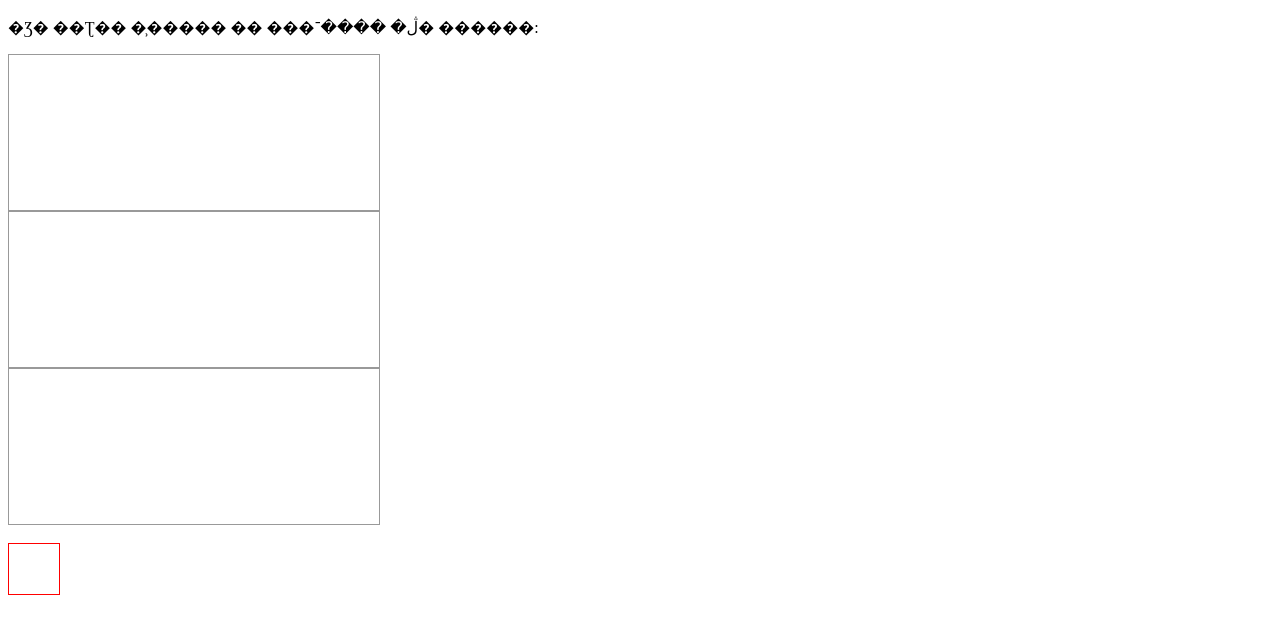
Repository: faqwer/khfinal
Page: http://localhost/finaltp/test2.jsp
An editor plug-in stored every save of this project. The page is shown before and after a run of saves, followed by the edit.
The browser window is 1280 px wide. The pictures show the whole page.
The page is served by Tomcat 9.

Above is the page before, as saved 2017-12-12 10:06:34.

After the next 2 saves:
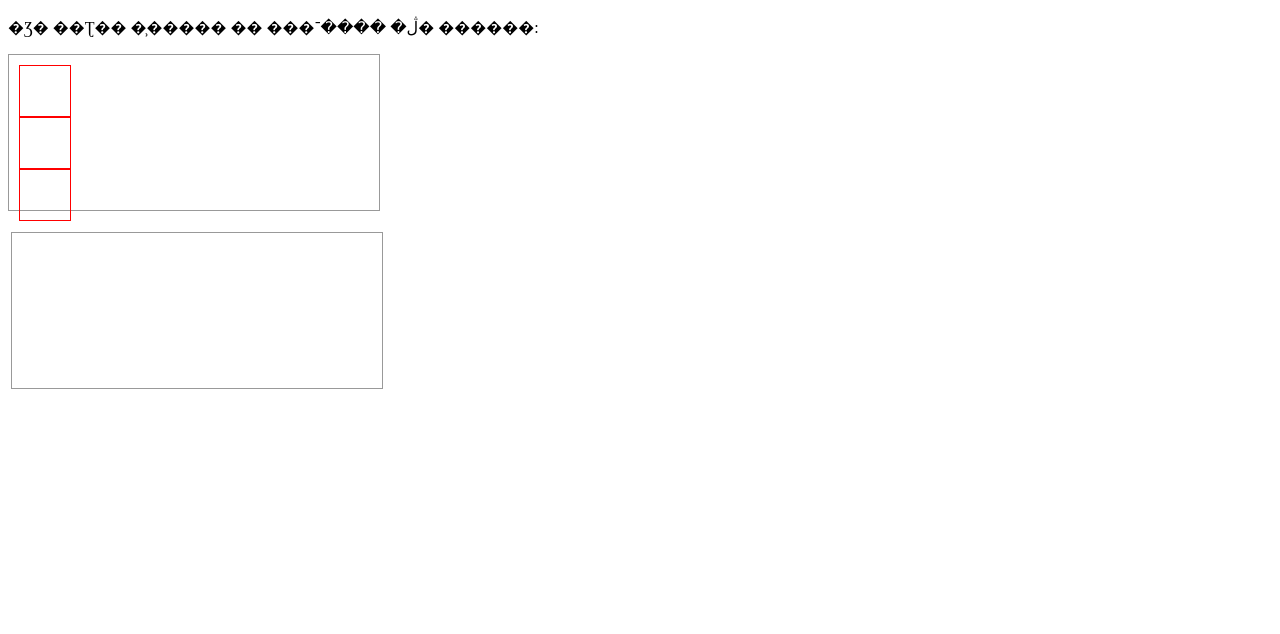
The 2 saves are shown as one change because they came seconds apart.
The last was saved 5 min 57 s later.
--- a/finaltp/finaltp/src/main/webapp/test2.jsp
+++ b/finaltp/finaltp/src/main/webapp/test2.jsp
@@ -27,11 +27,21 @@ function drop(ev) {
 
 <p>�Ʒ� ��Ʈ�� �̹����� �� ���ڷ� ����־� ������:</p>
 
-<div id="div1" ondrop="drop(event)" ondragover="allowDrop(event)"></div>
-<div id="div1" ondrop="drop(event)" ondragover="allowDrop(event)"></div>
-<div id="div1" ondrop="drop(event)" ondragover="allowDrop(event)"></div>
+<div id="div1" ondrop="drop(event)" ondragover="allowDrop(event)">
+	<div id="drag1" draggable="true" ondragstart="drag(this,event)" style="border:1px solid red; width: 50px;height: 50px;"></div>
+	<div id="drag1" draggable="true" ondragstart="drag(this,event)" style="border:1px solid red; width: 50px;height: 50px;"></div>
+	<div id="drag1" draggable="true" ondragstart="drag(this,event)" style="border:1px solid red; width: 50px;height: 50px;"></div>
+</div>
 <br>
-<div id="drag1" draggable="true" ondragstart="drag(this,event)" style="border:1px solid red; width: 50px;height: 50px;"></div>
 
+<table>
+	<tbody>
+		<tr>
+			<td>
+				<div id="div1" ondrop="drop(event)" ondragover="allowDrop(event)"></div>
+			</td>
+		</tr>
+	</tbody>
+</table>
 </body>
 </html>
